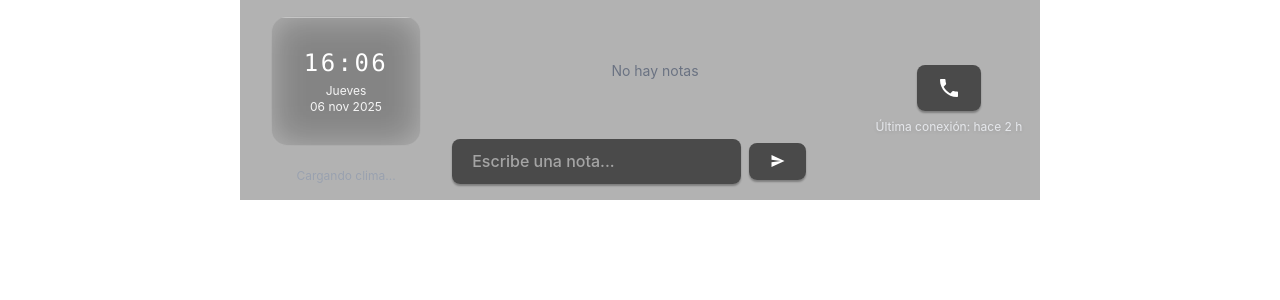
Repository: CodeByEvans/my-romantic-widget
Page: /
The author's editor kept a copy of each file at every save. The page is drawn from the files as they stood at one save, then again after the next save.
The browser window is 1280 px wide. The pictures show the whole page.
The page's requests for data from a server got no answer. The project was rebuilt for these pictures with package versions that can differ from the ones it lists, and the page was loaded fresh each time. No one was signed in, and anything a server would have sent is missing. Also part of the build but not shown: vite.config.ts.

Above is the page before, as saved 2025-11-07 12:59:26.

### src/App.tsx
import "./App.css";
import { Clock } from "./components/Clock";
import { WeatherWidget } from "./components/WeatherWidget";
import { NotesList } from "./components/NotesList";
import { NoteInput } from "./components/NoteInput";
import { CallButton } from "./components/CallButton";

function App() {
  return (
    <main data-tauri-drag-region>
      {/* Clima + Reloj */}
      <section className="flex flex-col justify-between items-center h-full w-[180px] gap-2">
        <Clock />
        <WeatherWidget />
      </section>

      {/* Notas + input */}
      <section className="flex flex-col justify-between h-full flex-1">
        <NotesList />
        <NoteInput />
      </section>

      {/* Llamada */}
      <section className="flex flex-col justify-center items-center h-full w-[150px]">
        <CallButton />
        <p className="text-xs text-gray-200 mt-2 drop-shadow-sm">
          Última conexión: hace 2 h
        </p>
      </section>
    </main>
  );
}

export default App;

### src/App.css
@import "tailwindcss";

/* ======== CONFIGURACIÓN BASE ======== */
:root {
  font-family: Inter, Avenir, Helvetica, Arial, sans-serif;
  font-size: 16px;
  line-height: 24px;
  font-weight: 400;
  color: #f6f6f6;
  font-synthesis: none;
  text-rendering: optimizeLegibility;
  -webkit-font-smoothing: antialiased;
  -moz-osx-font-smoothing: grayscale;
  -webkit-text-size-adjust: 100%;
}

[data-theme="glass"] {
  /* Fondo general translúcido */
  --surface-bg: rgba(0, 0, 0, 0.3);
  --surface-border: rgba(255, 255, 255, 0.15);
  --surface-blur: blur(18px) saturate(160%);

  /* === Inputs sólidos === */
  --input-bg: #be3030;
  --input-text: #1f2937;
  --input-placeholder: #6b7280;
  --input-border: #e5e7eb;
  --input-border-focus: #93c5fd;
  --focus-ring: #93c5fd;

  /* === Botones sólidos === */
  --button-bg: #3b82f6;
  --button-bg-hover: #2563eb;
  --button-text: #ffffff;
}

/* ======== ESTILO GLOBAL DE LA APP ======== */
main {
  position: relative;
  width: 800px;
  height: 200px;
  margin: 0 auto;
  display: flex;
  align-items: center;
  justify-content: space-between;
  gap: 1rem;
  padding: 1rem;

  /* Fondo cristal oscuro */
  background: rgba(0, 0, 0, 0.3);
  backdrop-filter: blur(18px) saturate(160%);
  -webkit-app-region: drag; /* Permitir mover la ventana */
}

/* ======== ELEMENTOS ======== */
input,
button {
  border-radius: 8px;
  border: 1px solid transparent;
  padding: 0.6em 1.2em;
  font-size: 1em;
  font-weight: 500;
  font-family: inherit;
  color: #fff;
  background-color: rgba(30, 30, 30, 0.7);
  transition: border-color 0.25s, background-color 0.25s;
  box-shadow: 0 2px 2px rgba(0, 0, 0, 0.3);
  -webkit-app-region: no-drag;
}

button:hover {
  border-color: #396cd8;
}

button:active {
  background-color: rgba(40, 40, 40, 0.7);
}

/* Enlaces */
a {
  font-weight: 500;
  color: #61dafb;
  text-decoration: inherit;
}

a:hover {
  color: #24c8db;
}

/* Otros elementos */
h1 {
  text-align: center;
}

.theme-glass {
  border-radius: 16px;
  border: 1px solid rgba(255, 255, 255, 0.15);
  background: rgba(255, 255, 255, 0.05);
  backdrop-filter: blur(18px) saturate(160%);
  position: relative;
  overflow: hidden;
}

/* Capa de brillo sutil */
.theme-glass::before {
  content: "";
  position: absolute;
  inset: 0;
  background: rgba(255, 255, 255, 0.1);
  opacity: 0;
  transition: opacity 0.5s;
}

.theme-glass:hover::before {
  opacity: 0.2;
}

/* Reflejo superior */
.theme-glass::after {
  content: "";
  position: absolute;
  top: 0;
  left: 0;
  right: 0;
  height: 1px;
  background: rgba(255, 255, 255, 0.4);
}

/* ======== BASE REUTILIZABLE ======== */
.theme-input {
  flex: 1;
  font-size: 0.9rem;
  padding: 0.6em 0.8em;
  border-radius: 10px;
  border: 1px solid var(--input-border);
  background: var(--input-bg);
  color: var(--input-text);
  transition: background 0.3s, border-color 0.3s, color 0.3s, box-shadow 0.3s;
}

.theme-input::placeholder {
  color: var(--input-placeholder);
}

.theme-input:focus {
  outline: none;
  border-color: var(--input-border-focus);
  background: var(--input-bg-focus);
  box-shadow: 0 0 6px var(--input-glow);
}

/* ======== BOTÓN TEMÁTICO ======== */
.theme-button {
  display: flex;
  align-items: center;
  justify-content: center;
  padding: 0.5rem;
  border-radius: 50%;
  border: 1px solid var(--button-border);
  background: var(--button-bg);
  color: var(--button-text);
  transition: background 0.3s, border-color 0.3s, transform 0.2s;
}

.theme-button:hover {
  background: var(--button-bg-hover);
  border-color: var(--button-border-hover);
  transform: scale(1.05);
}

### src/components/Clock.tsx
import { useEffect, useState } from "react";

export const Clock = () => {
  const [time, setTime] = useState(new Date());

  useEffect(() => {
    const interval = setInterval(() => {
      setTime(new Date());
    }, 1000);
    return () => clearInterval(interval);
  }, []);

  const hours = time.getHours().toString().padStart(2, "0");
  const minutes = time.getMinutes().toString().padStart(2, "0");

  const day = time.toLocaleDateString("es-ES", { weekday: "long" });
  const date = time.toLocaleDateString("es-ES", {
    day: "2-digit",
    month: "short",
    year: "numeric",
  });

  return (
    <div className=" rounded-xl  px-3 py-2 flex flex-col items-center justify-center w-[150px] h-[130px] theme-glass ">
      <p className="text-2xl font-mono tracking-widest text-white">
        {hours}:{minutes}
      </p>
      <p className="text-xs text-white-600 mt-1 capitalize">{day}</p>
      <p className="text-xs text-white-500">{date}</p>
    </div>
  );
};

### src/components/WeatherWidget.tsx
import { JSX } from "react";
import { useWeather } from "../hooks/useWeather";
import {
  WiDaySunny,
  WiCloud,
  WiRain,
  WiSnow,
  WiThunderstorm,
  WiFog,
  WiDayHaze,
} from "react-icons/wi";

const weatherStyles: Record<string, { icon: JSX.Element }> = {
  Thunderstorm: {
    icon: <WiThunderstorm size={32} />,
  },
  Drizzle: {
    icon: <WiRain size={32} />,
  },
  Rain: {
    icon: <WiRain size={32} />,
  },
  Snow: {
    icon: <WiSnow size={32} />,
  },
  Mist: {
    icon: <WiFog size={32} />,
  },
  Haze: {
    icon: <WiDayHaze size={32} />,
  },
  Clear: {
    icon: <WiDaySunny size={32} />,
  },
  Clouds: {
    icon: <WiCloud size={32} />,
  },
  Fog: {
    icon: <WiFog size={32} />,
  },
};

export const WeatherWidget = () => {
  const { data, loading, errorWeather } = useWeather();

  if (errorWeather)
    return <div className="text-xs text-red-400">{errorWeather}</div>;
  if (loading || !data)
    return <div className="text-xs text-gray-400">Cargando clima...</div>;

  const [city, info] = Object.entries(data)[0] || [];
  const temp = Math.round(info.main.temp);
  const condition = info.weather[0].main;

  const style = weatherStyles[condition] || weatherStyles["Clouds"];

  return (
    <div
      className={`theme-glass flex flex-col items-center justify-center
                  w-[150px] h-[100px] transition-all duration-500`}
    >
      <div className="flex items-center gap-4">
        <div className="animate-pulse-slow">{style.icon}</div>
        <div className="flex flex-col items-start leading-tight">
          <h2 className="text-xs font-semibold tracking-wide drop-shadow-sm">
            {city}
          </h2>
          <p className="text-lg font-bold drop-shadow-sm">{temp}°C</p>
        </div>
      </div>
    </div>
  );
};

### src/components/NotesList.tsx
import { useRealTimeNotes } from "../hooks/useRealTimeNotes";

export const NotesList = () => {
  const notes = useRealTimeNotes();

  const sortedNotes = [...notes].sort(
    (a, b) =>
      new Date(b.created_at).getTime() - new Date(a.created_at).getTime()
  );

  const noteToShow = sortedNotes[0];
  if (!noteToShow)
    return (
      <div className="flex items-center justify-center h-[110px] text-gray-500 text-sm">
        No hay notas
      </div>
    );

  return (
    <div className="bg-white rounded-xl backdrop-blur-sm shadow-inner p-3 h-[110px] overflow-hidden">
      <div className="flex justify-between items-center mb-1">
        <h3 className="font-semibold text-sm text-gray-700">
          {noteToShow.from}
        </h3>
        <small className="text-xs text-gray-400">
          {new Date(noteToShow.created_at).toLocaleString()}
        </small>
      </div>
      <p className="text-gray-700 text-sm italic line-clamp-3">
        {noteToShow.message}
      </p>
    </div>
  );
};

### src/components/NoteInput.tsx
import { IoMdSend } from "react-icons/io";

export const NoteInput = () => {
  return (
    <form className="flex items-center gap-2 mt-2" data-theme="glass">
      <input type="text" placeholder="Escribe una nota..." className="" />
      <button type="submit" className="">
        <IoMdSend size={16} />
      </button>
    </form>
  );
};

### src/components/CallButton.tsx
import { IoMdCall } from "react-icons/io";

export const CallButton = () => {
  return (
    <div className="flex flex-col items-center justify-center">
      <button className="p-4 bg-green-500 text-white rounded-full shadow-md hover:bg-green-600 hover:scale-105 transition-transform">
        <IoMdCall size={24} />
      </button>
    </div>
  );
};

### src/hooks/useWeather.ts
import { useEffect, useState } from "react";
import {
  getCityByCoordinates,
  getWeatherByCity,
} from "../services/weatherService";
import { WeatherData } from "../types/weather";
import { useGeolocation } from "./useGeolocation";

export const useWeather = () => {
  const { coords, error } = useGeolocation();
  const [data, setData] = useState<Record<string, WeatherData> | null>(null);
  const [loading, setLoading] = useState<boolean>(false);
  const [errorWeather, setErrorWeather] = useState<string | null>(null);

  useEffect(() => {
    if (error) setErrorWeather(error);
  }, [error]);

  useEffect(() => {
    if (!coords) return;

    const fetchWeather = async () => {
      setLoading(true);
      try {
        const city = await getCityByCoordinates(
          coords.latitude,
          coords.longitude
        );
        const weather = await getWeatherByCity(city[0].name);
        setData({ [city[0].name]: weather });
      } catch (error) {
        console.error(error);
      } finally {
        setLoading(false);
      }
    };

    fetchWeather();
  }, [coords]);

  return { data, loading, errorWeather };
};

### src/hooks/useRealTimeNotes.ts
import { useEffect, useState } from "react";
import z from "zod";
import { supabase } from "../services/supabaseClient";

const noteSchema = z.object({
  id: z.number(),
  from: z.string(),
  message: z.string(),
  created_at: z.string(),
});

type Note = z.infer<typeof noteSchema>;

export const useRealTimeNotes = () => {
  const [notes, setNotes] = useState<Note[]>([]);

  useEffect(() => {
    // Cargar notas iniciales
    supabase
      .from<"notes", Note>("notes")
      .select("*")
      .then(({ data, error }) => {
        if (data) {
          setNotes(data);
          console.log("Notas cargadas:", data);
        } else {
          console.error("Error fetching notes:", error);
        }
      });

    // Suscripción en tiempo real
    const channel = supabase
      .channel("public:notes")
      .on(
        "postgres_changes",
        { event: "*", schema: "public", table: "notes" },
        (payload) => {
          console.log("Cambio dettectado:", payload);

          if (payload.eventType === "INSERT") {
            const newNote = noteSchema.parse(payload.new);
            setNotes((prevNotes) => [...prevNotes, newNote]);
            console.log("Nota añadida:", newNote);
          } else if (payload.eventType === "UPDATE") {
            setNotes((prev) =>
              prev.map((note) =>
                note.id === payload.new.id
                  ? noteSchema.parse(payload.new)
                  : note
              )
            );
          } else if (payload.eventType === "DELETE") {
            setNotes((prev) =>
              prev.filter((note) => note.id !== payload.old.id)
            );
          }
        }
      )
      .subscribe();

    return () => {
      supabase.removeChannel(channel);
    };
  }, []);

  return notes;
};

### src/services/weatherService.ts
import { envs } from "../config/envs";

export const getWeatherByCity = async (city: string) => {
  const response = await fetch(
    `https://api.openweathermap.org/data/2.5/weather?q=${city}&appid=${envs.openWeatherApiKey}&units=metric`
  );

  if (!response.ok) {
    throw new Error("No se pudo obtener el clima");
  }
  return response.json();
};

export const getCityByCoordinates = async (lat: number, lon: number) => {
  const response = await fetch(
    `https://api.openweathermap.org/geo/1.0/reverse?lat=${lat}&lon=${lon}&limit=1&appid=${envs.openWeatherApiKey}`
  );

  if (!response.ok) {
    throw new Error("No se pudo obtener la ciudad");
  }

  return response.json();
};

### src/hooks/useGeolocation.ts
import { useEffect, useState } from "react";

export const useGeolocation = () => {
  const [coords, setCoords] = useState<{
    latitude: number;
    longitude: number;
  } | null>(null);
  const [error, setError] = useState<string | null>(null);

  useEffect(() => {
    if (!navigator.geolocation) {
      setError("Geolocalización no soportada por el navegador");
      return;
    }

    navigator.geolocation.getCurrentPosition(
      (position) => {
        setCoords({
          latitude: position.coords.latitude,
          longitude: position.coords.longitude,
        });
      },
      (err) => {
        setError(`Error obteniendo la geolocalización: ${err.message}`);
      }
    );
  }, []);

  return { coords, error };
};

### src/services/supabaseClient.ts
import { createClient } from "@supabase/supabase-js";
import { envs } from "../config/envs";

export const supabase = createClient(envs.supabaseUrl, envs.supabaseAnonKey, {
  realtime: {
    params: {
      eventsPerSecond: 10,
    },
  },
});

### src/config/envs.ts
import * as z from "zod";

const envSchema = z.object({
  VITE_SUPABASE_URL: z.string().url(),
  VITE_SUPABASE_ANON_KEY: z.string().min(1),
  VITE_OPEN_WEATHER_API_KEY: z.string().min(1),
});

const parsed = envSchema.parse(import.meta.env);

export const envs = {
  supabaseUrl: parsed.VITE_SUPABASE_URL,
  supabaseAnonKey: parsed.VITE_SUPABASE_ANON_KEY,
  openWeatherApiKey: parsed.VITE_OPEN_WEATHER_API_KEY,
};

Loaded but not shown: index.html (common file); src/main.tsx (common file)

After the next save:
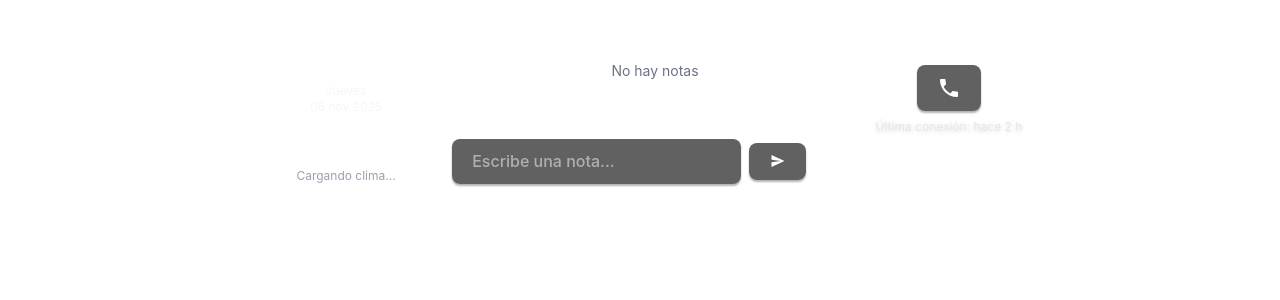
Saved 21 s later.
--- a/src/App.css
+++ b/src/App.css
@@ -45,10 +45,6 @@
   justify-content: space-between;
   gap: 1rem;
   padding: 1rem;
-
-  /* Fondo cristal oscuro */
-  background: rgba(0, 0, 0, 0.3);
-  backdrop-filter: blur(18px) saturate(160%);
   -webkit-app-region: drag; /* Permitir mover la ventana */
 }
 

After the 2 saves that followed:
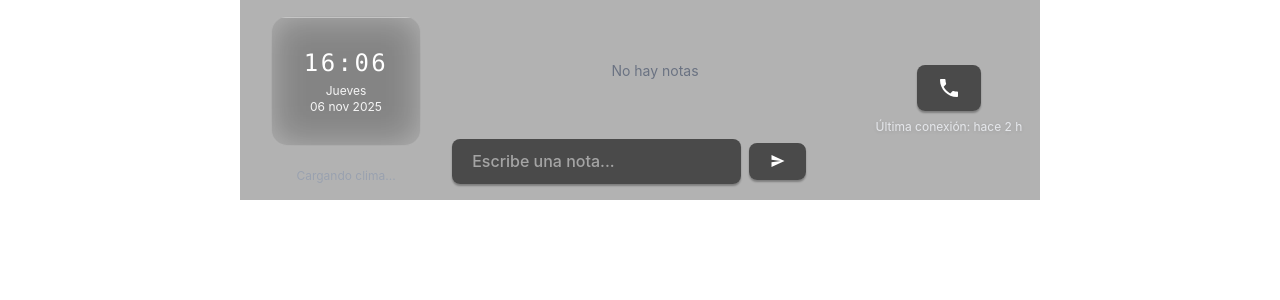
The 2 saves are shown as one change because 1 left the picture as it was.
The last was saved 3 min 16 s later.
--- a/src/App.tsx
+++ b/src/App.tsx
@@ -7,7 +7,7 @@ import { CallButton } from "./components/CallButton";
 
 function App() {
   return (
-    <main data-tauri-drag-region>
+    <main data-tauri-drag-region data-theme="glass">
       {/* Clima + Reloj */}
       <section className="flex flex-col justify-between items-center h-full w-[180px] gap-2">
         <Clock />
--- a/src/App.css
+++ b/src/App.css
@@ -45,6 +45,10 @@
   justify-content: space-between;
   gap: 1rem;
   padding: 1rem;
+
+  /* Fondo cristal oscuro */
+  background: rgba(0, 0, 0, 0.3);
+  backdrop-filter: blur(18px) saturate(160%);
   -webkit-app-region: drag; /* Permitir mover la ventana */
 }
 
